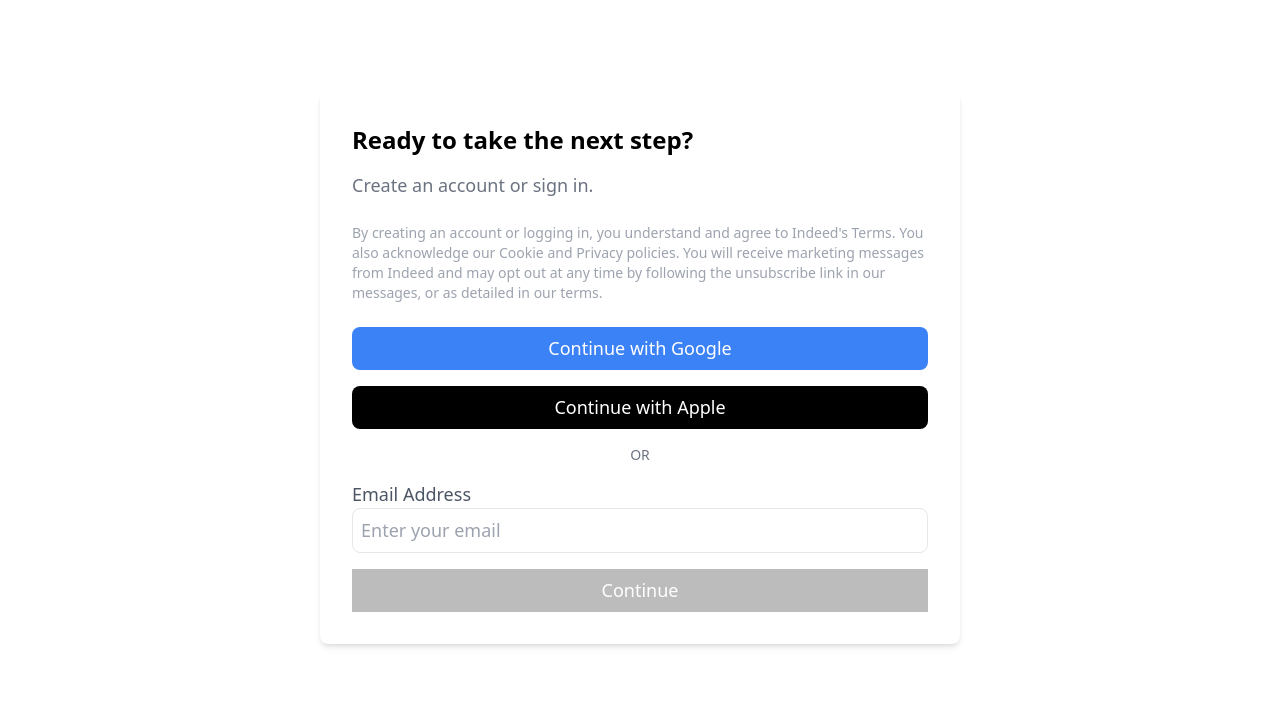
Repository: Temitech001/new-job
Page: /signin
These files come from the project's save history. The page is drawn as it stood at one moment and after a run of saves; the edit follows.
The browser window is 1280 px wide. The pictures show the whole page.
The project was rebuilt for these pictures with package versions that can differ from the ones it lists, and the page was loaded fresh each time. Also part of the build but not shown: src/App.css, src/components/header/Header.jsx, src/components/jobSearch/Job.jsx, src/components/jobSearch/JobListing.jsx, src/App.js.

Above is the page before, as saved 2023-08-22 02:08:20.

### public/index.html
<!DOCTYPE html>
<html lang="en">
  <head>
    <meta charset="utf-8" />
    <link rel="icon" href="%PUBLIC_URL%/favicon.ico" />
    <meta name="viewport" content="width=device-width, initial-scale=1" />
    <meta name="theme-color" content="#000000" />
    <meta
      name="description"
      content="JobConnect360 is your comprehensive platform for all things related to employment."
    />
    <link rel="apple-touch-icon" href="%PUBLIC_URL%/logo192.png" />
    <!--
      manifest.json provides metadata used when your web app is installed on a
      user's mobile device or desktop. See https://developers.google.com/web/fundamentals/web-app-manifest/
    -->
    <link rel="manifest" href="%PUBLIC_URL%/manifest.json" />
    <!--
      Notice the use of %PUBLIC_URL% in the tags above.
      It will be replaced with the URL of the `public` folder during the build.
      Only files inside the `public` folder can be referenced from the HTML.

      Unlike "/favicon.ico" or "favicon.ico", "%PUBLIC_URL%/favicon.ico" will
      work correctly both with client-side routing and a non-root public URL.
      Learn how to configure a non-root public URL by running `npm run build`.
    -->
    <title>JobConnect360</title>
  </head>
  <body>
    <noscript>You need to enable JavaScript to run this app.</noscript>
    <div id="root"></div>
    <!--
      This HTML file is a template.
      If you open it directly in the browser, you will see an empty page.

      You can add webfonts, meta tags, or analytics to this file.
      The build step will place the bundled scripts into the <body> tag.

      To begin the development, run `npm start` or `yarn start`.
      To create a production bundle, use `npm run build` or `yarn build`.
    -->
  </body>
</html>

### src/index.js
import React from 'react';
import ReactDOM from 'react-dom/client';
import { BrowserRouter, Routes, Route} from "react-router-dom";
import './index.css';
import App from './App';
import ScrollToTop from 'react-scroll-to-top';
import SignIn from './components/jobSearch/signIn/SignIn';

const root = ReactDOM.createRoot(document.getElementById('root'));
root.render(
  <React.StrictMode>
    <BrowserRouter>
    <ScrollToTop/>
            <Routes>
                <Route path="/" element={<App />} />
                <Route path="/signin" element={<SignIn />} />
                {/* <Route path="/impact" element={<ImpactPage />} /> */}
                {/* <Route path="/contact" element={<ContactPage />} /> */}
            </Routes>
            {/* <App /> */}
        </BrowserRouter>
  </React.StrictMode>
);

### src/index.css
@tailwind base;
@tailwind components;
@tailwind utilities;

body {
  margin: 0;
  font-family: "Noto Sans", "Helvetica Neue", Helvetica, Arial, sans-serif;
  -webkit-font-smoothing: antialiased;
  -moz-osx-font-smoothing: grayscale;
  font-size: 18px;
}

code {
  font-family: source-code-pro, Menlo, Monaco, Consolas, 'Courier New',
    monospace;
}

### src/components/jobSearch/signIn/SignIn.jsx
import React, { useState } from 'react';
// import './SignIn.css'; // Add your additional CSS file for custom styling

const SignIn = () => {
  const [email, setEmail] = useState(''); // Initialize email state

  // Function to handle changes in the email input
  const handleEmailChange = (e) => {
    setEmail(e.target.value); // Update email state
  };

  // Function to handle the "Continue" button click
  const handleContinueClick = () => {
    // Perform any action you want when the button is clicked
    console.log('Continue button clicked with email:', email);
  };

  // Check if the button is active
  const isButtonActive = !!email;

  return (
    <div className="flex justify-center items-center h-screen w-2/4 mx-auto mt-2">
      <div className="bg-white p-8 rounded-lg shadow-md">
        <h2 className="text-2xl font-semibold mb-4">
          Ready to take the next step?
        </h2>
        <p className="text-gray-500 mb-6">
          Create an account or sign in.
        </p>
        <p className="text-sm text-gray-400 mb-6">
          By creating an account or logging in, you understand and agree to Indeed's Terms. You also acknowledge our Cookie and Privacy policies. You will receive marketing messages from Indeed and may opt out at any time by following the unsubscribe link in our messages, or as detailed in our terms.
        </p>
        <button className="bg-blue-500 text-white rounded-lg py-2 px-4 mb-4 w-full hover:bg-blue-600">
          Continue with Google
        </button>
        <button className="bg-black text-white rounded-lg py-2 px-4 mb-4 w-full hover:bg-gray-800">
          Continue with Apple
        </button>
        <div className="text-center text-gray-500 text-sm mb-4">OR</div>
        <div className="mb-4">
          <label htmlFor="email" className="text-gray-600">Email Address</label>
          <input
            type="email"
            id="email"
            className="w-full border rounded-lg p-2 focus:outline-none focus:ring focus:border-blue-400"
            placeholder="Enter your email"
            value={email} // Set the input value to the email state
            onChange={handleEmailChange} // Handle changes in the email input
          />
        </div>
        <button
          className={`bg-blue-500 text-white rounded-g py-2 px-4 w-full ${
            isButtonActive
              ? 'hover:bg-blue-600'
              : 'opacity-50 cursor-not-allowed filter grayscale'
          }`}
          onClick={handleContinueClick} // Handle the "Continue" button click
          disabled={!isButtonActive} // Disable the button if email is empty
        >
          Continue
        </button>
      </div>
    </div>
  );
};

export default SignIn;

### src/components/header/Header.css
/* Header.css */
@media (max-width: 768px) {
    /* Mobile styles */

    /* Center logo and move Sign In button to the right */
    .container {
      flex-direction: column;
      align-items: center;
    }

    .flex:nth-child(1) {
      margin-bottom: 1rem;
    }

    /* Add margin between logo and Sign In button */
    .flex:nth-child(2) {
      margin-top: 1rem;
    }

    /* Mobile menu icon styles */
    .menu-icon {
      display: inline-block;
    }

    .bar {
      width: 25px;
      height: 3px;
      background-color: white;
      margin: 4px 0;
      transition: 0.4s;
    }

    .open .bar:nth-child(1) {
      transform: rotate(-45deg) translate(-5px, 6px);
    }

    .open .bar:nth-child(2) {
      opacity: 0;
    }

    .open .bar:nth-child(3) {
      transform: rotate(45deg) translate(-5px, -6px);
    }

    /* Add styles for mobile menu (Hamburger) */
    .menu-items {
      display: none;
      flex-direction: column;
      align-items: center;
    }

    .menu-open .menu-items {
      display: flex;
    }

    /* Additional mobile styles can be added as needed */
  }

### tailwind.config.js
/** @type {import('tailwindcss').Config} */
module.exports = {
  content: ["./src/**/*.{html,jsx, js}"],
  theme: {
    extend: {},
  },
  plugins: [],
}

After the next 2 saves:
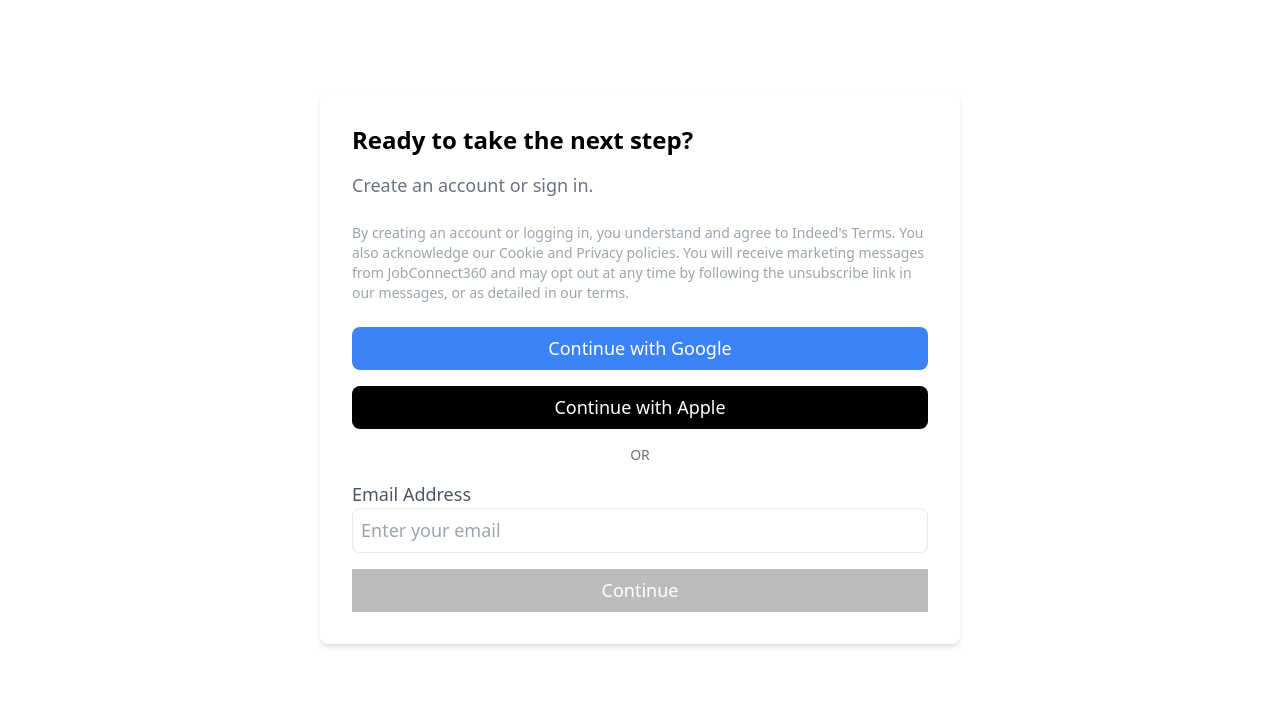
The 2 saves are shown as one change because they came seconds apart.
The last was saved 90 s later.
--- a/src/components/jobSearch/signIn/SignIn.jsx
+++ b/src/components/jobSearch/signIn/SignIn.jsx
@@ -28,7 +28,7 @@ const SignIn = () => {
           Create an account or sign in.
         </p>
         <p className="text-sm text-gray-400 mb-6">
-          By creating an account or logging in, you understand and agree to Indeed's Terms. You also acknowledge our Cookie and Privacy policies. You will receive marketing messages from Indeed and may opt out at any time by following the unsubscribe link in our messages, or as detailed in our terms.
+          By creating an account or logging in, you understand and agree to Indeed's Terms. You also acknowledge our Cookie and Privacy policies. You will receive marketing messages from JobConnect360 and may opt out at any time by following the unsubscribe link in our messages, or as detailed in our terms.
         </p>
         <button className="bg-blue-500 text-white rounded-lg py-2 px-4 mb-4 w-full hover:bg-blue-600">
           Continue with Google
